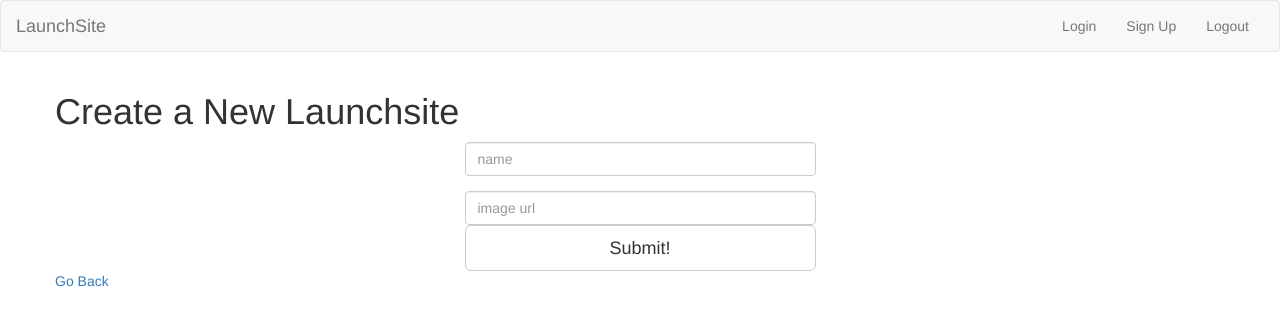
Repository: Oscar6/Udemy-workspace
Page: http://localhost/launchsite/new
The author's editor kept a record of every edit. The page is drawn from the files as they stood at one moment, then again after the next edit.
The browser window is 1280 px wide. The pictures show the whole page.
The page is served by the project's Node server (YelpCamp/v1/app.js).

Above is the page before.

### YelpCamp/v1/views/new.ejs
<% include partials/header %>
<div class="container">
    <div class="row">
        <h1>Create a New Launchsite</h1>
        <div style="width: 30%; margin: 0 auto;"
        <form action="/launchsite" method="POST">
            <div class="form-group">
                <input class="form-control" type="text" name="name" placeholder="name">
            </div>
            <div class="form-group">

            </div>
            <div class="form-group">

            </div>

            <input class="form-control" type="text" name="image" placeholder="image url">
            <button class="btn btn-lg btn-default btn-block">Submit!</button>
        </form>
        </div>

        <a href="/launchsite">Go Back</a>
    </div>
</div>
<% include partials/footer %>

### YelpCamp/v1/views/partials/header.ejs
<!DOCTYPE html>
<html>
    <head>
        <title>YelpCamp</title>
        <link rel="stylesheet" href="https://maxcdn.bootstrapcdn.com/bootstrap/3.3.5/css/bootstrap.min.css">
    </head>
    <body>
       <nav class="navbar navbar-default">
          <div class="container-fluid">
             <div class="navbar-header">
                <a class="navbar-brand" href="/">LaunchSite</a>
             </div>
             <div class="collapse navbar-collapse">
                <ul class="nav navbar-nav navbar-right">
                   <li><a href="/">Login</a></li>
                   <li><a href="/">Sign Up</a></li>
                   <li><a href="/">Logout</a></li>
                </ul>
             </div>
          </div>
       </nav>

### YelpCamp/v1/app.js
var express = require("express");
var app = express();
var bodyParser = require("body-parser");

app.use(bodyParser.urlencoded({extended: true}));
app.set("view engine", "ejs");

var launchsite = [
        {name: "NASA", image: "https://www.nasa.gov/sites/all/themes/custom/nasatwo/images/nasa-logo.svg"},
        {name: "SpaceX", image: "https://botw-pd.s3.amazonaws.com/styles/logo-thumbnail/s3/042015/spacerx-logo_0.png?itok=SshEXNNF"},
        {name: "Tesla", image: "https://electrek.files.wordpress.com/2016/06/tesla-model-x-promo-shot-3-2.jpg?quality=82&strip=all&w=290&h=145&crop=1"},
    ];

app.get("/", function(req, res){
    res.render("landing");
});

app.get("/launchsite", function(req, res){
    res.render("launchsite", {launchsite: launchsite});
});

app.post("/launchsite", function(req, res){
    // get data from form and add to launchsite array
    var name = req.body.name;
    var image = req.body.image;
    var newLaunchsite = {name: name, image: image}
    launchsite.push(newLaunchsite);
    // redirect back to launchsite page
    res.redirect("/launchsite");
});

app.get("/launchsite/new", function(req,res){
    res.render("new.ejs");
});

app.listen(process.env.PORT, process.env.IP, function(){
    console.log("YelpCamp is running");
});

Loaded but not shown: YelpCamp/v1/views/partials/footer.ejs (common file)

After the next edit:
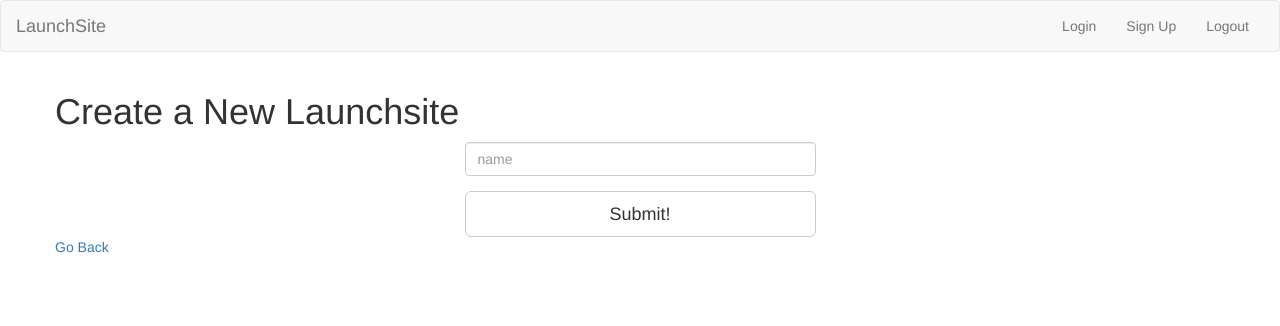
The edit:
--- a/YelpCamp/v1/views/new.ejs
+++ b/YelpCamp/v1/views/new.ejs
@@ -14,7 +14,7 @@
 
             </div>
 
-            <input class="form-control" type="text" name="image" placeholder="image url">
+
             <button class="btn btn-lg btn-default btn-block">Submit!</button>
         </form>
         </div>
